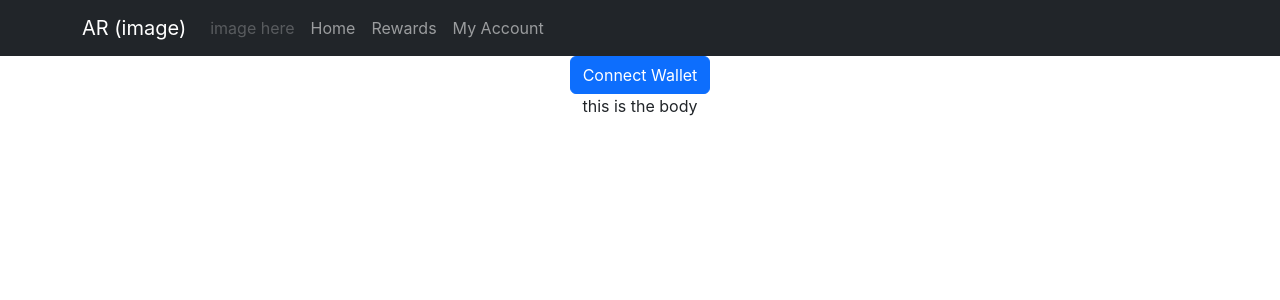
Repository: EyanIngles/AR
Page: /
An editor plug-in stored every save of this project. The page is shown before and after the next save, followed by the edit.
The browser window is 1280 px wide. The pictures show the whole page.
The project was rebuilt for these pictures with package versions that can differ from the ones it lists, and the page was loaded fresh each time.

Above is the page before, as saved 2024-05-29 13:09:05.

### public/index.html
<!DOCTYPE html>
<html lang="en">
  <head>
    <meta charset="utf-8" />
    <link rel="icon" href="%PUBLIC_URL%/favicon.ico" />
    <meta name="viewport" content="width=device-width, initial-scale=1" />
    <meta name="theme-color" content="#000000" />
    <meta
      name="Arbonne Rewards, a website developed by Eyan.Dev."
      content="A place to store points and data for a community to reward an Arbonne consultants clients"
    />
    <link rel="apple-touch-icon" href="%PUBLIC_URL%/logo192.png" />
    <!--
      manifest.json provides metadata used when your web app is installed on a
      user's mobile device or desktop. See https://developers.google.com/web/fundamentals/web-app-manifest/
    -->
    <link rel="manifest" href="%PUBLIC_URL%/manifest.json" />
    <!--
      Notice the use of %PUBLIC_URL% in the tags above.
      It will be replaced with the URL of the `public` folder during the build.
      Only files inside the `public` folder can be referenced from the HTML.

      Unlike "/favicon.ico" or "favicon.ico", "%PUBLIC_URL%/favicon.ico" will
      work correctly both with client-side routing and a non-root public URL.
      Learn how to configure a non-root public URL by running `npm run build`.
    -->
    <title>Arbonne Rewards</title>
  </head>
  <body>
    <noscript>You need to enable JavaScript to run this app.</noscript>
    <div id="root"></div>
    <!--
      This HTML file is a template.
      If you open it directly in the browser, you will see an empty page.

      You can add webfonts, meta tags, or analytics to this file.
      The build step will place the bundled scripts into the <body> tag.

      To begin the development, run `npm start` or `yarn start`.
      To create a production bundle, use `npm run build` or `yarn build`.
    -->
  </body>
</html>

### src/index.js
import React from 'react';
import ReactDOM from 'react-dom/client';
import 'bootstrap/dist/css/bootstrap.css'
import './index.css';
import App from './App';
import reportWebVitals from './reportWebVitals';
import { Provider } from 'react-redux'
import store from './store/store'

const root = ReactDOM.createRoot(document.getElementById('root'));
root.render(
  <Provider store={store}>
  <React.StrictMode>
    <App />
  </React.StrictMode>
  </Provider>
);

// If you want to start measuring performance in your app, pass a function
// to log results (for example: reportWebVitals(console.log))
// or send to an analytics endpoint. Learn more: https://bit.ly/CRA-vitals
reportWebVitals();

### src/App.js
import './App.css';
import { loadProvider, loadNetwork, loadAccount } from './store/reducers/interactions'
import { useDispatch, useSelector } from 'react-redux';
import { useState, useEffect } from 'react';
import { Button, Card, Nav, Navbar, Container } from 'react-bootstrap'

function App() {
  // declaring dispatch
const dispatch = useDispatch();
const account = useSelector(state => state.provider.account)
const provider = useSelector(state => state.provider.connection)
const chainId = useSelector(state => state.provider.chainId)
// use State statments
const [loadingBlockchain, setLoadingBlockchain] = useState(false)

const loadBlockchain = async () => {
  if (loadBlockchain) {
    try{
      // changing the state of the loading statment to true as in it is loading.
      setLoadingBlockchain(true)
      // load provider
      loadProvider(dispatch)
      // load accounts
      await loadAccount(dispatch)
      // load chain id
      await loadNetwork(provider, dispatch)
      // once all the blockchain has finished loading, set to loading blockchain to false
      setLoadingBlockchain(true)
    } catch (error) {
      console.log("error loading blockchain", error)
    }
  }
}
useEffect(() => {
  if(!loadingBlockchain || account == 0) {
    try{
      loadBlockchain()
    } catch (error) {
      window.alert('error loading blockchain ', error)
    }
  }
},[loadingBlockchain, account, loadBlockchain])

  return (
    <div className="App">
      <>
      <Navbar bg="dark" data-bs-theme="dark">
        <Container>
          <Navbar.Brand href="/">AR (image)</Navbar.Brand>
          <Nav className="me-auto">
          <Nav.Link disabled>image here</Nav.Link>
            <Nav.Link href="/">Home</Nav.Link>
            <Nav.Link href="/">Rewards</Nav.Link>
            <Nav.Link href="/">My Account</Nav.Link>
          </Nav>
        </Container>
      </Navbar>
      </>
      { !account == 0 && !chainId == 0? (
      <>
        <header className="App-header">
          <Card>
            <Card.Text>
              Name: maybe need to create an if statement to say if customer or consultant? <br></br>
              Account: {account.slice(0,6)} <br></br>
              Points:
            </Card.Text>
            </Card>
        <h1 className='h1'>This is the header</h1>
        <h5>buttons here</h5>
        </header>
      </>
      ) : (
        <><Button onClick={loadBlockchain}>Connect Wallet</Button></>
      )}
      <div>
        <p>this is the body</p>
      </div>
    </div>
  );
}

export default App;

### src/store/store.js
import { configureStore } from "@reduxjs/toolkit";
import provider from './reducers/provider'

export default configureStore({
    reducer: {
        provider,
    },
    middleware: getDefaultMiddleware =>
    getDefaultMiddleware({
    serializableCheck: false
    })
})

### src/App.css
.App {
  text-align: center;
}

.App-logo {
  height: 40vmin;
  pointer-events: none;
}

@media (prefers-reduced-motion: no-preference) {
  .App-logo {
    animation: App-logo-spin infinite 20s linear;
  }
}

.App-header {
  background-color: #282c34;
  min-height: 100vh;
  display: flex;
  flex-direction: column;
  align-items: center;
  justify-content: center;
  font-size: calc(10px + 2vmin);
  color: white;
}

.App-link {
  color: #f2e47b;
}

@keyframes App-logo-spin {
  from {
    transform: rotate(0deg);
  }
  to {
    transform: rotate(360deg);
  }
}

### src/store/reducers/interactions.js
import React from 'react'
import { ethers } from 'ethers'
import { setProvider, setNetwork, setAccount } from '../reducers/provider'

// load provider
export const loadProvider = (dispatch) => {
    try{
        const provider = new ethers.BrowserProvider(window.ethereum)
        dispatch(setProvider(provider))
        return provider;
        } catch(err) {
            window.alert('provider unable to be located')
}}
// load account
export const loadNetwork = async (provider, dispatch) => {
    const chainId = await provider.getNetwork()
    dispatch(setNetwork(chainId))
    return chainId;
}
// load account
export const loadAccount = async (dispatch) => {
    //connecting to meta mask with a try and catch to catch an error if metamask if not installed
if(typeof window.ethereum !== 'undefined') {
    try{
        const accounts = await window.ethereum.request({ method: 'eth_requestAccounts' });
        const account = accounts[0];
        dispatch(setAccount(account));

        return account;
    } catch(err) {
        window.alert('Metamask unable to be located. Please install metamask and try again.')
        const deadAccount = ''
        dispatch(setAccount(deadAccount));
    }
}}

### src/store/reducers/provider.js
import { createSlice } from '@reduxjs/toolkit';

export const provider = createSlice({
    name: 'provider',
    initialState: {
        connection: null,
        chainId: null,
        account: null
    },
    reducers: {
        setProvider: (state, action) => {
            state.connection = action.payload
        },
        setNetwork: (state, action) => {
            state.chainId = action.payload
        },
        setAccount: (state, action) => {
            state.account = action.payload
        },
    }
})

export const { setNetwork, setAccount, setProvider } = provider.actions;

export default provider.reducer;

Loaded but not shown: src/index.css (common file); src/reportWebVitals.js (common file)

After the next save:
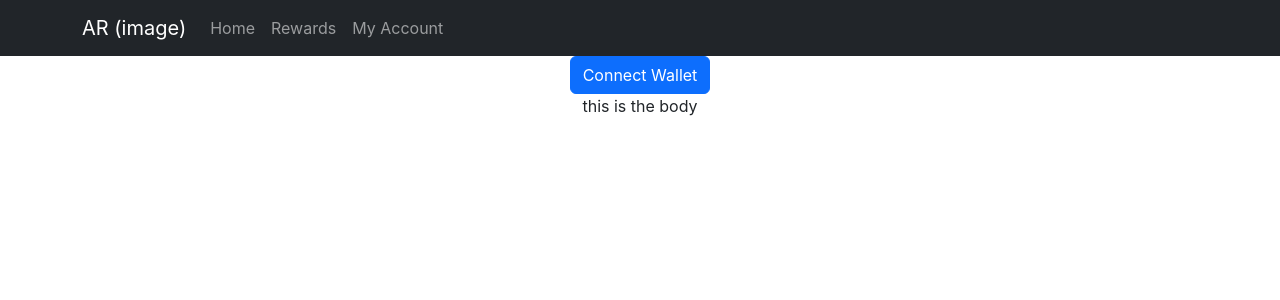
Saved 12 s later.
--- a/src/App.js
+++ b/src/App.js
@@ -48,7 +48,6 @@ useEffect(() => {
         <Container>
           <Navbar.Brand href="/">AR (image)</Navbar.Brand>
           <Nav className="me-auto">
-          <Nav.Link disabled>image here</Nav.Link>
             <Nav.Link href="/">Home</Nav.Link>
             <Nav.Link href="/">Rewards</Nav.Link>
             <Nav.Link href="/">My Account</Nav.Link>
